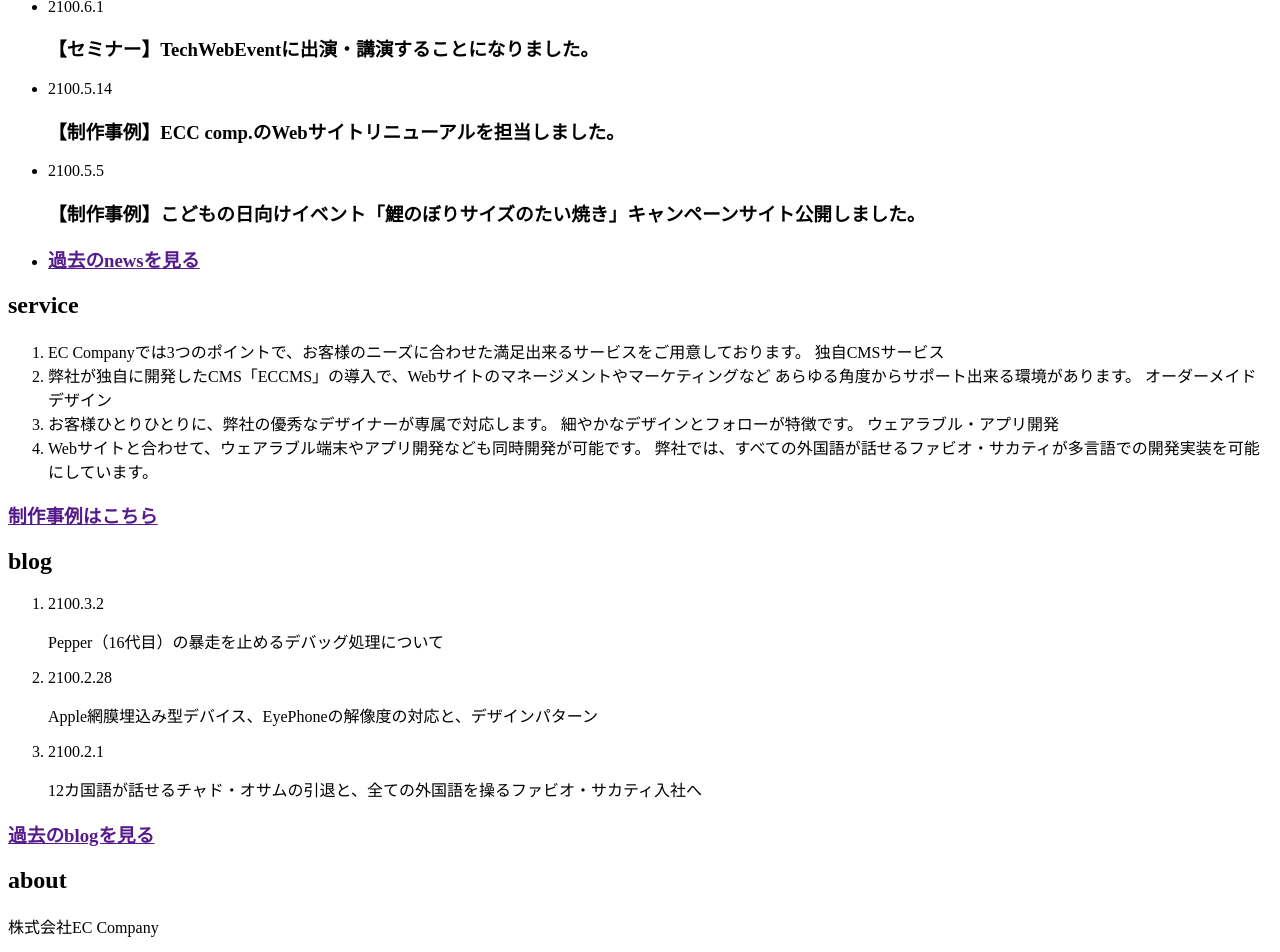
Repository: hsn320/html-practice
Page: html2/work01/work01.html
An editor plug-in stored every save of this project. The page is shown before and after the next save, followed by the edit.
The browser window is 1280 px wide. The pictures show the part of the page from y = 404 to 1356 px (the page is 2318 px tall before and 2315 px after).
A picture or video elsewhere on the page could not be fetched, so the positions and the page height are approximate.

Above is the page before, as saved 2025-10-01 23:08:36.

### html2/work01/work01.html
<!DOCTYPE html>
<html lang="en">
<head>
    <meta charset="UTF-8">
    <meta name="viewport" content="width=device-width, initial-scale=1.0">
    <title>EC Company</title>
</head>
<body>
    <header>
        <h1>EC Company</h1>
        <nav>
            <ol>
                <li><a href="">top</a></li>
                <li><a href="">news</a></li>
                <li><a href="">service</a></li>
                <li><a href="">blog</a></li>
                <li><a href="">about</a></li>
                <li><a href="">outline</a></li>
                <li><a href="">お問い合わせ</a></li>
            </ol>
        </nav>
    </header>
    <main>
    <section>
        <h2>はじめまして EC Companyです。</h2>
        <p>
            EC Companyは、HTML5/CSS3をベースに高い技術力でお客様の提案にあったWebサイトを作成します。
            初めてWebサイト制作を依頼したい方、相談に乗って欲しい形お気軽にご連絡下さい。お問い合わせはこちら
        </p>
    </section>
    <section>
        <h2>news</h2>
        <ul>
            <li>
                <article>
                    <time datetime="2100-6-1">2100.6.1</time>
                    <h3>【セミナー】TechWebEventに出演・講演することになりました。</h3>
                </article>
            </li>
            <li>
                <article>
                    <time datetime="2100-5-14">2100.5.14</time>
                    <h3>【制作事例】ECC comp.のWebサイトリニューアルを担当しました。</h3>
                </article>
            </li>
            <li>
                <article>
                    <time datetime="2100-5-5">2100.5.5</time>
                    <h3>【制作事例】こどもの日向けイベント「鯉のぼりサイズのたい焼き」キャンペーンサイト公開しました。</h3>
                </article>
            </li>
            <li>
                <h3><a href="">過去のnewsを見る</a></h3>
            </li>
        </ul>
    </section>
    <section>
        <h2>service</h2>
        <ol>
            <li>
                EC Companyでは3つのポイントで、お客様のニーズに合わせた満足出来るサービスをご用意しております。
                独自CMSサービス
            </li>
            <li>
                弊社が独自に開発したCMS「ECCMS」の導入で、Webサイトのマネージメントやマーケティングなど あらゆる角度からサポート出来る環境があります。
                オーダーメイドデザイン
            </li>
            <li>
                お客様ひとりひとりに、弊社の優秀なデザイナーが専属で対応します。 細やかなデザインとフォローが特徴です。
                ウェアラブル・アプリ開発
            </li>
            <li>Webサイトと合わせて、ウェアラブル端末やアプリ開発なども同時開発が可能です。
                弊社では、すべての外国語が話せるファビオ・サカティが多言語での開発実装を可能にしています。</li>
        </ol>
        <h3><a href="">制作事例はこちら</a></h3>
    </section>


    <section>
        <h2>blog</h2>
        <ol>
            <li>
                <article>
                    <time datetime="2100-3-2">2100.3.2</time>
                    <p>Pepper（16代目）の暴走を止めるデバッグ処理について</p>
                </article>
            </li>
            <li>
                <article>
                    <time datetime="2100-2-28">2100.2.28</time>
                    <p>Apple網膜埋込み型デバイス、EyePhoneの解像度の対応と、デザインパターン</p>
                </article>
            </li>
            <li>
                <article>
                    <time datetime="2100-2-1">2100.2.1</time>
                    <p>12カ国語が話せるチャド・オサムの引退と、全ての外国語を操るファビオ・サカティ入社へ</p>
                </article>
            </li>
        </ol>
        <h3><a href="">過去のblogを見る</a></h3>
    </section>
    <section>
        <h2>about</h2>
        <p>株式会社EC Company</p>
        <p>私達EC Companyは、1000年先を見据えたWebテクノロジー会社です。 初代代表が開発したタッチ型デバイス、YAYOI土器の開発からこの先のテクノロジーの可能性を再認識し、 ユーザーファーストで今日まで開発・提供してきました。
            主な事例では、50円硬貨の穴あけデバイス「付き丸くん」、業界初の試み「WebSmell」の開発など。</p>
    </section>
    <section>
        <h2>outline</h2>
        <p>会社概要</p>
        <p>所在地</p>
        <p>〒530-0015 大阪市北区中崎西2丁目3番35号</p>
        <p>電話番号</p>
        <p>0120-144-144</p>
    </section>
    <section>
        <h2>adsense</h2>
        <p><img src="01_ad_img.jpg" alt="広告画像"></p>
    </section>
    <section>
        <h2>EC Company</h2>
        <p>top</p>
        <p>news</p>
        <p>service</p>
        <p>blog</p>
        <p>about</p>
        <p>outline</p>
    </section>
    </main>
    <footer>
        copyright  comp ecccomp.Inc
    </footer>
</body>
</html>

After the next save:
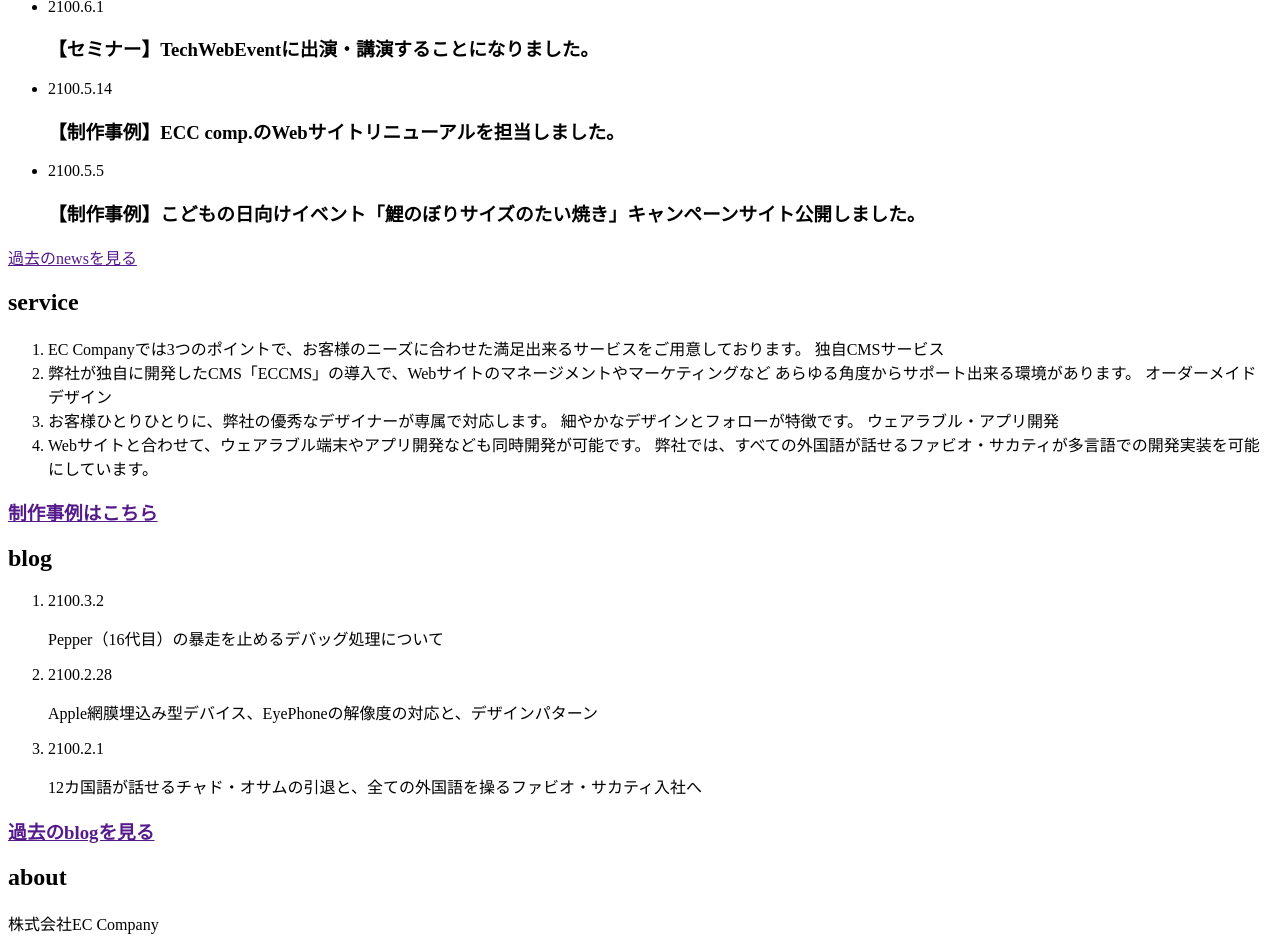
Saved 113 s later.
--- a/html2/work01/work01.html
+++ b/html2/work01/work01.html
@@ -49,10 +49,8 @@
                     <h3>【制作事例】こどもの日向けイベント「鯉のぼりサイズのたい焼き」キャンペーンサイト公開しました。</h3>
                 </article>
             </li>
-            <li>
-                <h3><a href="">過去のnewsを見る</a></h3>
-            </li>
         </ul>
+        <a href="">過去のnewsを見る</a>
     </section>
     <section>
         <h2>service</h2>
